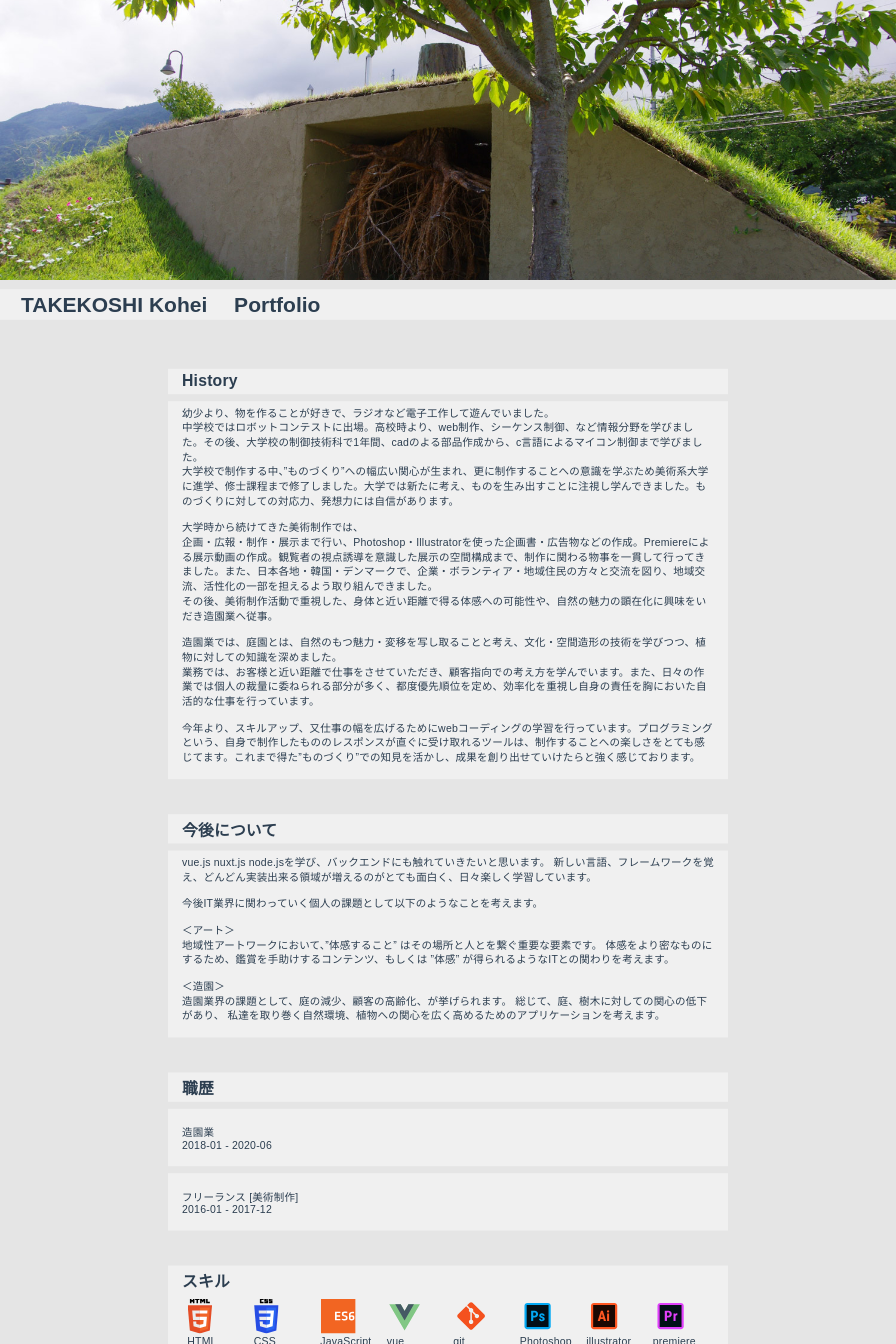
Repository: takeco/my-portfolio
Page: /
An editor plug-in stored every save of this project. The page is shown before and after a run of saves, followed by the edit.
The browser window is 1280 px wide. The pictures show the part of the page from y = 0 to 1920 px (the page is 3848 px tall), at 70% of full size.
The project was rebuilt for these pictures with package versions that can differ from the ones it lists, and the page was loaded fresh each time.

Above is the page before, as saved 2020-08-25 16:42:27.

After the next 2 saves:
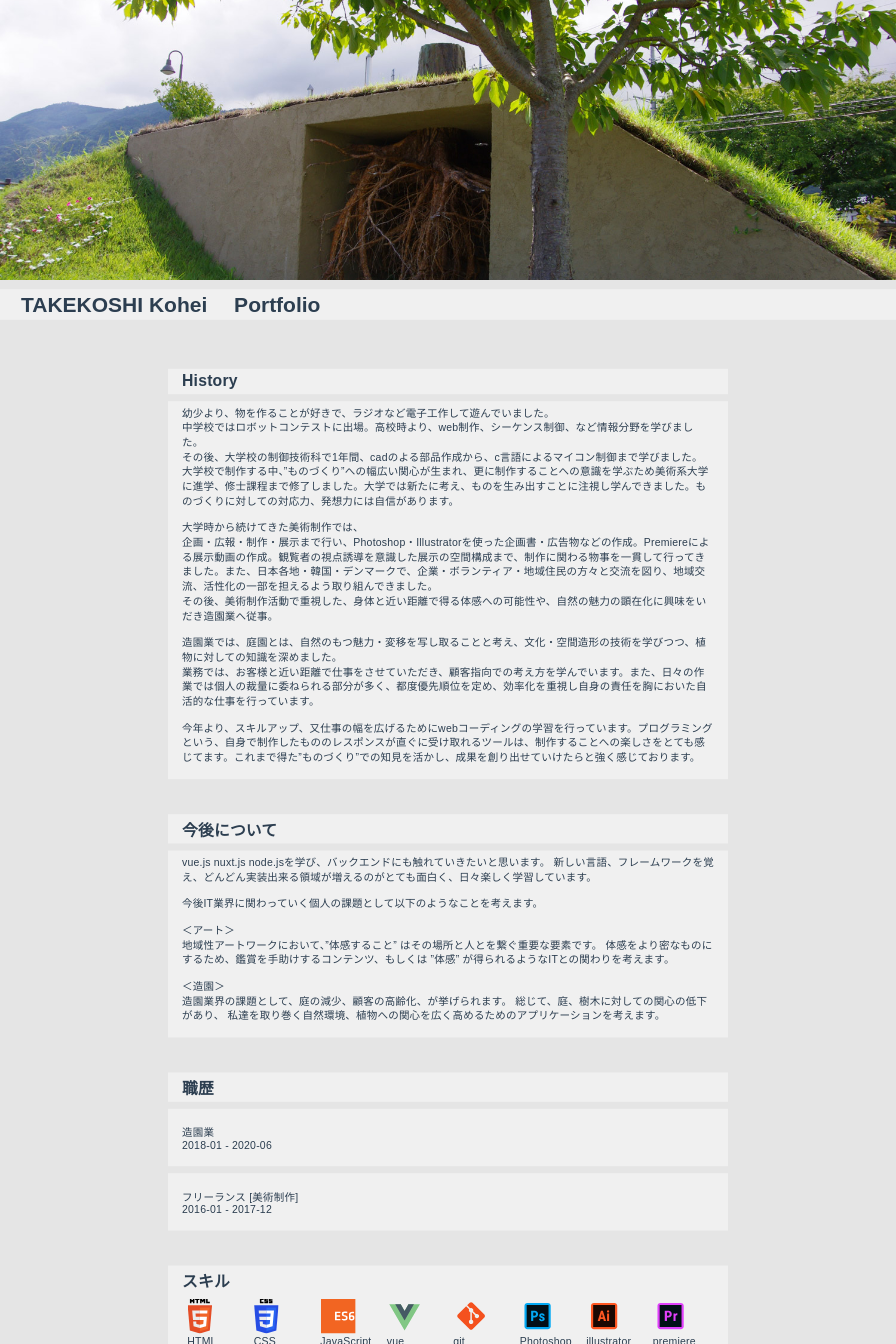
The 2 saves are shown as one change because they came seconds apart.
The last was saved 12 s later.
--- a/src/components/MainContents.vue
+++ b/src/components/MainContents.vue
@@ -32,7 +32,8 @@
           <h2>History</h2>
           <p>
             幼少より、物を作ることが好きで、ラジオなど電子工作して遊んでいました。
-            <br />中学校ではロボットコンテストに出場。高校時より、web制作、シーケンス制御、など情報分野を学びました。その後、大学校の制御技術科で1年間、cadのよる部品作成から、c言語によるマイコン制御まで学びました。
+            <br />中学校ではロボットコンテストに出場。高校時より、web制作、シーケンス制御、など情報分野を学びました。
+            <br />その後、大学校の制御技術科で1年間、cadのよる部品作成から、c言語によるマイコン制御まで学びました。
             <br />大学校で制作する中、”ものづくり”への幅広い関心が生まれ、更に制作することへの意識を学ぶため美術系大学に進学、修士課程まで修了しました。大学では新たに考え、ものを生み出すことに注視し学んできました。ものづくりに対しての対応力、発想力には自信があります。
             <br />
             <br />大学時から続けてきた美術制作では、
